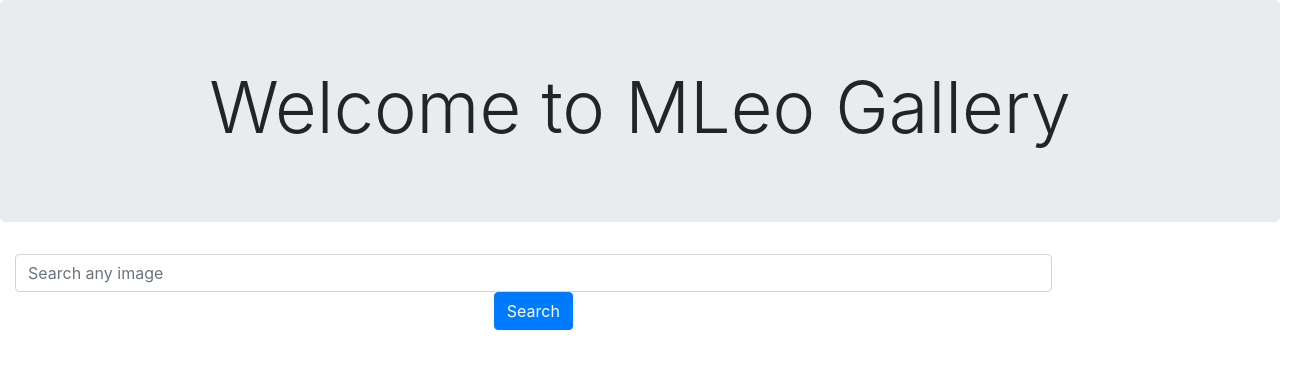
Repository: the-manohar/gallery
Page: /
The author's editor kept a copy of each file at every save. The page is drawn from the files as they stood at one save, then again after the next save.
The browser window is 1280 px wide. The page is 1295 px wide, so the pictures cover 1295 px, including what lies to the right of the window. The pictures show the whole page.
The project was rebuilt for these pictures with package versions that can differ from the ones it lists, and the page was loaded fresh each time.

Above is the page before, as saved 2020-06-18 23:45:31.

### src/index.js
import React from "react";
import ReactDOM from "react-dom";
import "./index.css";
import "bootstrap/dist/css/bootstrap.css";
import App from "./App";
import * as serviceWorker from "./serviceWorker";

ReactDOM.render(
  <React.StrictMode>
    <App />
  </React.StrictMode>,
  document.getElementById("root")
);

// If you want your app to work offline and load faster, you can change
// unregister() to register() below. Note this comes with some pitfalls.
// Learn more about service workers: https://bit.ly/CRA-PWA
serviceWorker.unregister();

### src/App.js
import React, { useState } from "react";
import { Button, InputGroup, Input, Jumbotron, Spinner } from "reactstrap";

import "./App.css";

function App() {
  const [value, setValue] = useState("");
  const [result, setResult] = useState([]);
  const fetchImages = () => {
    fetch(
      `https://api.unsplash.com/search/photos/?client_id=V38aA4zOjg1Xb1lBpNRUAK8duXvqwhDHHJbssXB_Pps&query=${value}&orientation=squarish&per_page=18`
    )
      .then((res) => res.json())
      .then((data) => {
        setResult(data.results);
      });
  };
  return (
    <div className="row">
      <div className="App col-sm-5 col-md-12 col-xs-8">
        <Jumbotron>
          <h1 className="display-3">Welcome to MLeo Gallery</h1>
        </Jumbotron>
        <div className="mydiv col-sm-4 col-md-10 col-xs-4">
          <InputGroup>
            <Input
              placeholder="Search any image"
              value={value}
              onChange={(event) => setValue(event.target.value)}
            />
          </InputGroup>
          <Button color="primary" onClick={() => fetchImages()}>
            Search
          </Button>
        </div>

        {
          result.length > 0 ? (
            <div className="col-sm-12">
              {result.map((item) => {
                return (
                  <img
                    className=" img-thumbnail"
                    key={item.id}
                    src={item.urls.small}
                    alt={item.urls.small}
                  />
                );
              })}
            </div>
          ) : null
          // <Spinner style={{ width: "3rem", height: "3rem" }} />
        }
      </div>
    </div>
  );
}

export default App;

//

### src/App.css
.App {
  text-align: center;
}
/* .mydiv {
  display: flex;
  /* justify-content: space-around; */
/* margin: 10px 7%; */
/* box-shadow: 1px 1px 5px grey; */
/* padding: 10px; */
/* } */
*/ .gallery {
  display: flex;
  flex-wrap: wrap;
  justify-content: space-around;
}
.item {
  width: 30%;
  margin: 5px;
}

Loaded but not shown: public/index.html (common file); src/index.css (common file); src/serviceWorker.js (common file)

After the next save:
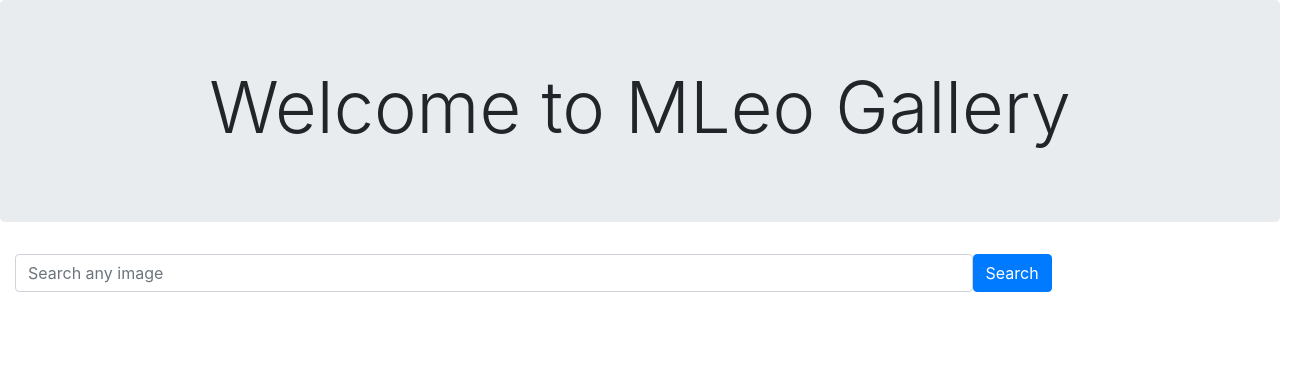
Saved 30 s later.
--- a/src/App.js
+++ b/src/App.js
@@ -21,7 +21,7 @@ function App() {
         <Jumbotron>
           <h1 className="display-3">Welcome to MLeo Gallery</h1>
         </Jumbotron>
-        <div className="mydiv col-sm-4 col-md-10 col-xs-4">
+        <div className="d-flex col-sm-4 col-md-10 col-xs-4">
           <InputGroup>
             <Input
               placeholder="Search any image"
